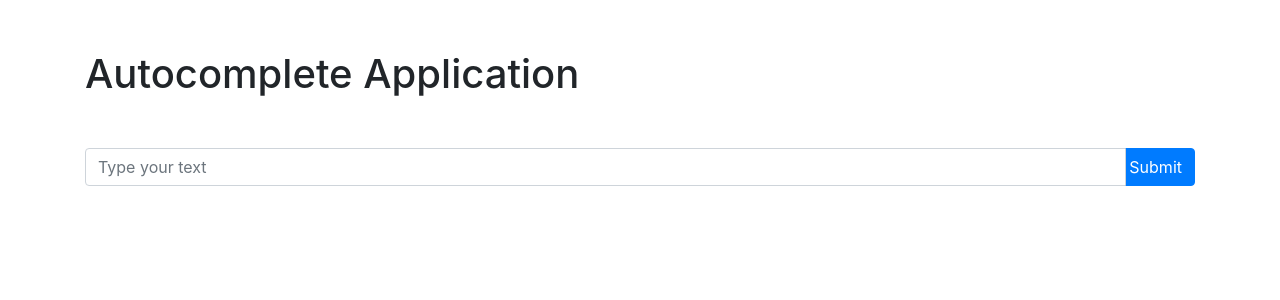
Repository: purnimapatel/auto_complete_using_trie
Page: index.html
The author's editor kept a copy of each file at every save. The page is drawn from the files as they stood at one save, then again after the next save.
The browser window is 1280 px wide. The pictures show the whole page.

Above is the page before, as saved 2025-03-29 13:02:35.

After the next save:
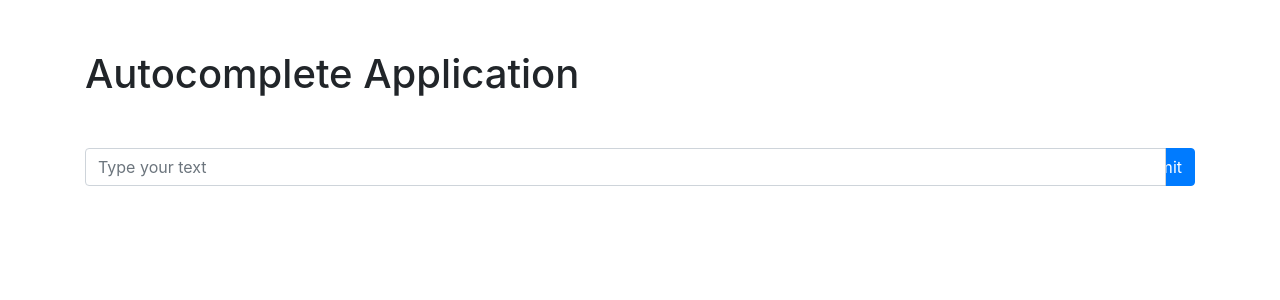
Saved 2 min 7 s later.
--- a/index.css
+++ b/index.css
@@ -6,7 +6,7 @@
     cursor: pointer;
 }
 .btn-primary{
-    margin-left: -10px;
+    margin-left: -50px;
     z-index: 2;
 }
 .form-control{
